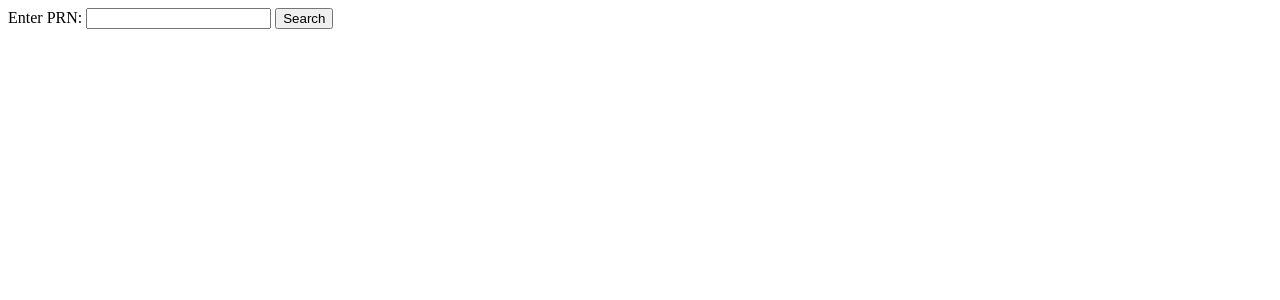
Repository: nikhil-jon12/lecture
Page: Assignment/WebContent/index.html
An editor plug-in stored every save of this project. The page is shown before and after the next save, followed by the edit.
The browser window is 1280 px wide. The pictures show the whole page.

Above is the page before, as saved 2019-11-18 13:30:01.

### Assignment/WebContent/index.html
<!DOCTYPE html>
<html>
<head>
<meta charset="ISO-8859-1">
<title>Insert title here</title>
</head>
<body>
	<form action="">
		Enter PRN:
		<input type="text" name="txtNum">
		<input type="submit" value="Search">
	</form>
</body>
</html>

After the next save:
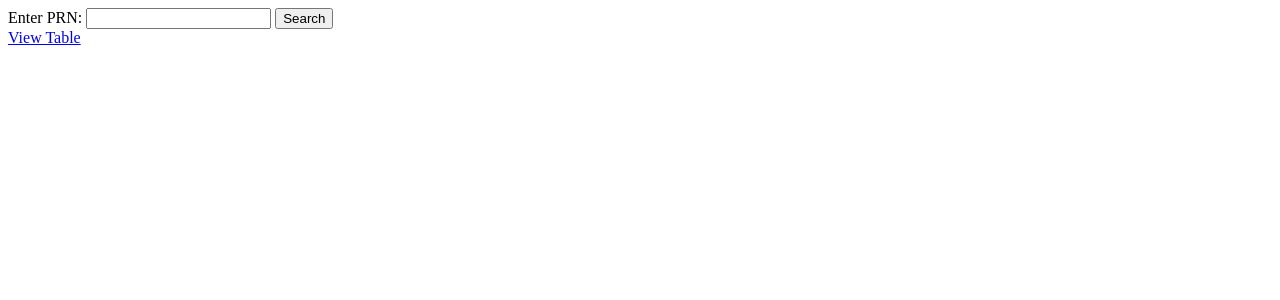
Saved 3 min 19 s later.
--- a/Assignment/WebContent/index.html
+++ b/Assignment/WebContent/index.html
@@ -10,5 +10,6 @@
 		<input type="text" name="txtNum">
 		<input type="submit" value="Search">
 	</form>
+	<a href="viewServlet">View Table</a>
 </body>
 </html>
